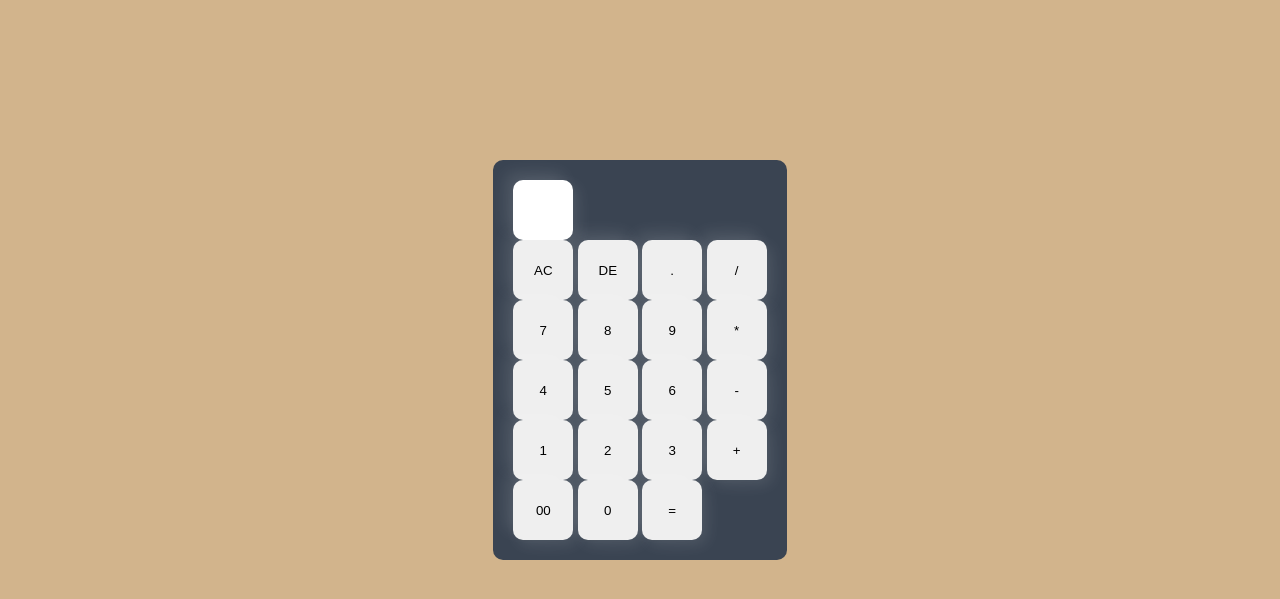
Repository: Anureet23/Calculator
Page: index.html
An editor plug-in stored every save of this project. The page is shown before and after a run of saves, followed by the edit.
The browser window is 1280 px wide. The pictures show the whole page.

Above is the page before, as saved 2023-02-07 22:55:20.

### index.html
<!DOCTYPE html>
<html>
    <head>
<meta name ="viewport" content="width=device-width,initial-scale=1.0">
<title>Calculator using JavaScript</title>
<link rel="stylesheet" href="style.css">
    </head>
    <body>
<div class="container">
<div class="calculator">
   <form>
       <div>
           <input type="text" name ="display">
       </div>
       <div>
           <input type="button" value="AC">
           <input type="button" value="DE">
           <input type="button" value=".">
           <input type="button" value="/">
       </div>
       <div>
        <input type="button" value="7">
        <input type="button" value="8">
        <input type="button" value="9">
        <input type="button" value="*">
    </div>
    <div>
        <input type="button" value="4">
        <input type="button" value="5">
        <input type="button" value="6">
        <input type="button" value="-">
    </div>
    <div>
        <input type="button" value="1">
        <input type="button" value="2">
        <input type="button" value="3">
        <input type="button" value="+">
    </div>
    <div>
        <input type="button" value="00">
        <input type="button" value="0">
        <input type="button" value="=">

    </div>
   </form>
</div>
</div>


    </body>
</html>

### style.css
*{
    margin:0;
    padding:0;
    font-family: 'Poppins',sans-serif;
    box-sizing: border-box;
}

.container{
    width: 100%;
    height:100vh;
    background:#D2B48C;
    display:flex;
    align-items:center;
    justify-content: center;

}
.calculator{
    background:#3a4452;
    padding:20px;
    border-radius:10px;
}
.calculator form input{
    border:0;
    outline:0;
    width: 60px;
    height: 60px;
    border-radius:10px;
    box-shadow: -8px -8px 15px rgba(255,255,255,0.1), 5px 5px 15px rgba(255,255,255,0.1) ;
}

After the next 5 saves:
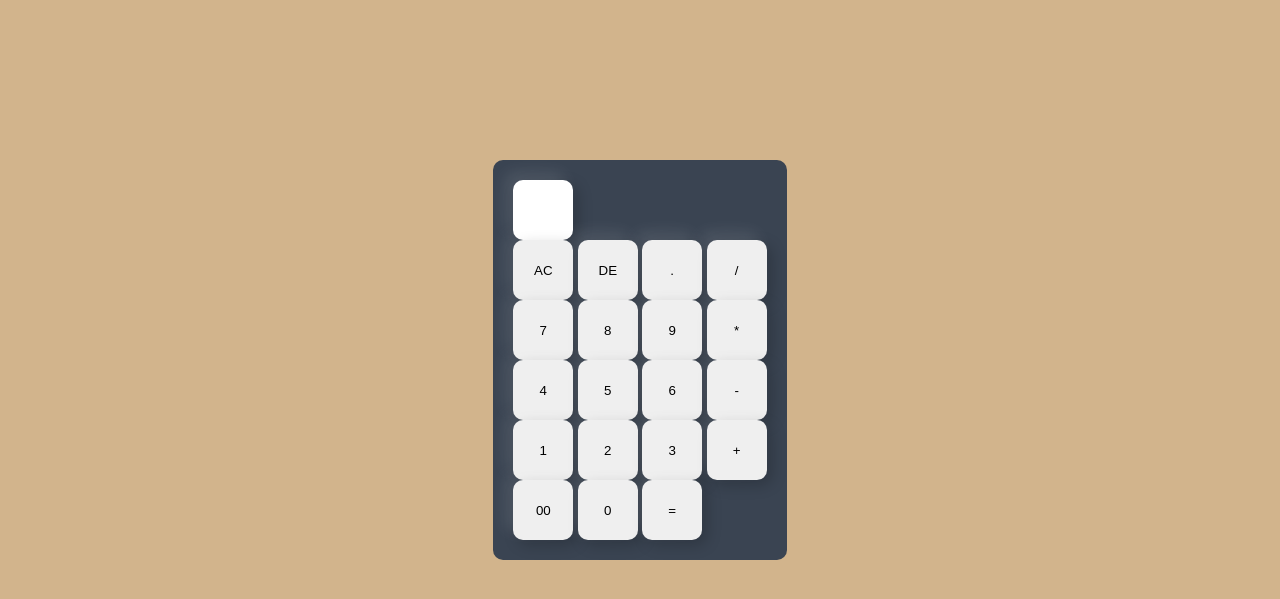
The 5 saves are shown as one change because they came seconds apart.
The last was saved 25 s later.
--- a/style.css
+++ b/style.css
@@ -25,5 +25,5 @@
     width: 60px;
     height: 60px;
     border-radius:10px;
-    box-shadow: -8px -8px 15px rgba(255,255,255,0.1), 5px 5px 15px rgba(255,255,255,0.1) ;
+    box-shadow: -8px -8px 15px rgba(255,255,255,0.1), 5px 5px 15px rgba(0,0,0,0.2) ;
 }
